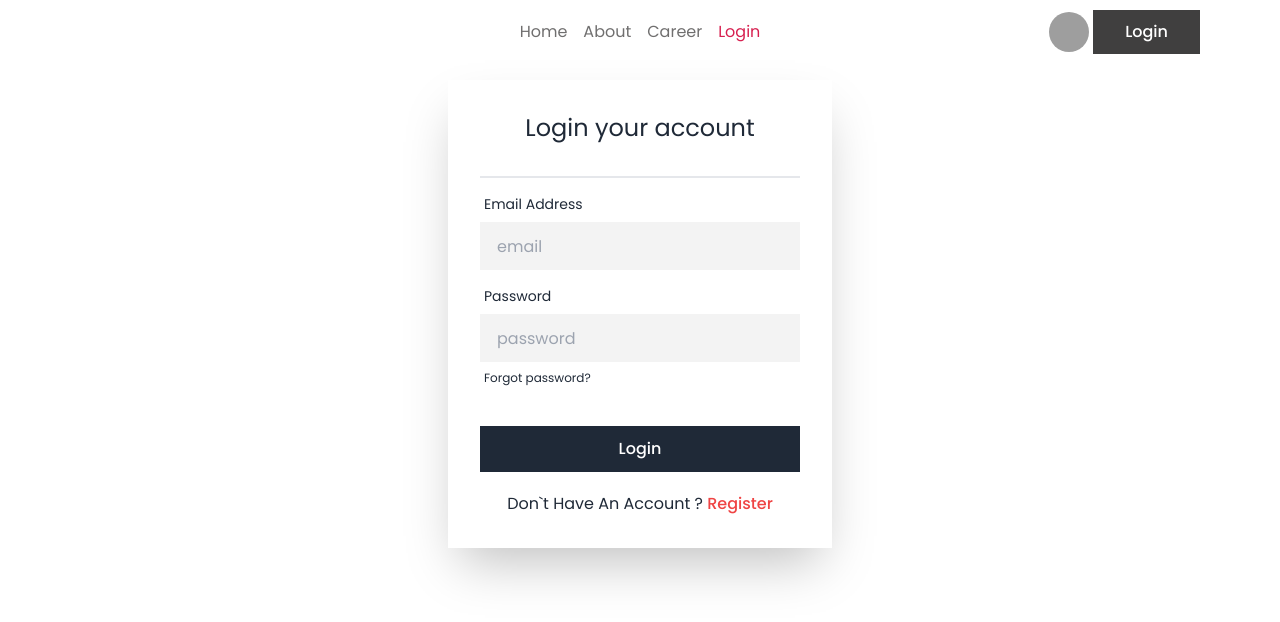
Repository: ShouravAhammed/react-dragon-news-auth
Page: /login
These files come from the project's save history. The page is drawn as it stood at one moment and after the next save; the edit follows.
The browser window is 1280 px wide. The pictures show the whole page.
Pictures or frames that could not be fetched are drawn as grey boxes. The project was rebuilt for these pictures with package versions that can differ from the ones it lists, and the page was loaded fresh each time. Also part of the build but not shown: vite.config.js, src/pages/BreakingNews/BreakingNews.jsx, src/pages/Shared/Header/Header.jsx, src/pages/Shared/LeftSideNav/LeftSideNav.jsx, src/Components/btnLogin/BtnLogin.jsx, src/pages/Shared/RIghtSideNav/RightSideNav.jsx, src/pages/Home/Home.jsx, src/pages/About/About.jsx and 2 more.

Above is the page before, as saved 2024-04-14 16:10:42.

### src/main.jsx
import React from 'react'
import ReactDOM from 'react-dom/client'
import './index.css'
import { RouterProvider } from 'react-router-dom'
import router from './Routes/Routes.jsx'
import AuthProvider from './provider/AuthProvider.jsx'

ReactDOM.createRoot(document.getElementById('root')).render(
  <React.StrictMode>
    <AuthProvider>
    <RouterProvider router={router}/>
    </AuthProvider>
  </React.StrictMode>,
)

### src/Routes/Routes.jsx
import Root from "../layout/Root";

import {
    createBrowserRouter,
  } from "react-router-dom";
import Home from "../pages/Home/Home";
import About from "../pages/About/About";
import Career from "../pages/Career/Career";
import Login from "../pages/Login/Login";
import Register from "../pages/Register/Register";

const router = createBrowserRouter([
    {
        path: '/',
        element: <Root></Root>,
        children: [
            {

                path: '/',
                element: <Home></Home>,
            },
            {

                path: '/about',
                element: <About></About>,
            },
            {

                path: '/career',
                element: <Career></Career>,
            },
            {

                path: '/login',
                element: <Login></Login>,
            },
            {

                path: '/register',
                element: <Register></Register>,
            },

        ]
    }
])

export default router;

### src/provider/AuthProvider.jsx
import { createUserWithEmailAndPassword, onAuthStateChanged, signInWithEmailAndPassword, signInWithPopup, signOut } from "firebase/auth";
import { createContext, useEffect, useState } from "react";
import auth from '../firebase/firebase.config'
import PropTypes from 'prop-types';

export const AuthContext = createContext(null);
const AuthProvider = ({children}) => {

    const [user, setUser] = useState(null)

    const createUser = (email, password) => {
        return createUserWithEmailAndPassword(auth, email, password)
    }
    const setTheUser = (email, password) => {
        return signInWithEmailAndPassword(auth, email, password)
    }

    const logOut = () => {
        signOut(auth);
    }

    const googleAuth = () => {
        signInWithPopup(auth)
    }

    useEffect(() => {
        const unSubscribe = onAuthStateChanged(auth, currentUser => {
            console.log('observed', currentUser)
            setUser(currentUser)
        })
        return () => {
            unSubscribe();
        }
    }, [])

    const authInfo = {
        user,
        createUser,
        setTheUser,
        googleAuth,
        logOut
    }
    return (
        <AuthContext.Provider value={authInfo}>
            {children}
        </AuthContext.Provider>
    );
};

AuthProvider.propTypes = {
    children: PropTypes.node
}

export default AuthProvider;

### src/layout/Root.jsx
import { Outlet } from "react-router-dom";


const Root = () => {
    return (
        <div className="max-w-6xl mx-auto font-poppins px-2">
            <Outlet></Outlet>
        </div>
    );
};

export default Root;

### src/pages/Login/Login.jsx
import { Link } from "react-router-dom";
import Navbar from "../Shared/Navbar/Navbar";


const Login = () => {

    const handleLogin = e => {
        e.preventDefault();
        const form = new FormData(e.currentTarget)
        const email = form.get('email')
        const password = form.get('password')
        console.log(email, password)

    }

    return (
        <div>
            <Navbar></Navbar>

            <div className="">
  <div className="hero-content">
    <div className="card rounded-none w-full max-w-sm shadow-2xl">

      <form className="card-body" onSubmit={handleLogin}>
        <h3 className="text-center pb-8 border-b-2 text-2xl">Login your account</h3>
        <div className="form-control">
          <label className="label">
            <span className="label-text">Email Address</span>
          </label>
          <input type="email" placeholder="email" name="email" className="input rounded-none bg-[#F3F3F3]" required/>
        </div>
        <div className="form-control">
          <label className="label">
            <span className="label-text">Password</span>
          </label>
          <input type="password" placeholder="password" name="password" className="input bg-[#F3F3F3] rounded-none" required />
          <label className="label">
            <a href="#" className="label-text-alt link link-hover">Forgot password?</a>
          </label>
        </div>
        <div className="form-control mt-6">
        <button
        className="w-full px-8 py-2.5 relative group overflow-hidden font-medium bg-gray-800 text-white inline-block border-gray-800 border"
      >
        <span className="absolute top-0 left-0 flex w-full h-0 mb-0 transition-all duration-200 ease-out transform translate-y-0 bg-white group-hover:h-full"></span>
        <span className="relative group-hover:text-gray-800">Login</span>
      </button>
        </div>
        <p className="text-center mt-3"> Don`t Have An Account ? <Link className="font-medium text-red-500" to={'/register'}>Register</Link></p>
      </form>

    </div>
  </div>
</div>

        </div>
    );
};

export default Login;

### src/firebase/firebase.config.js
// Import the functions you need from the SDKs you need
import { initializeApp } from "firebase/app";
import { getAuth } from "firebase/auth";
// TODO: Add SDKs for Firebase products that you want to use
// https://firebase.google.com/docs/web/setup#available-libraries

// Your web app's Firebase configuration
const firebaseConfig = {
  apiKey: "AIzaSyB2sZCLjQRGsRTNcgy9DHd30qjOz-58N4g",
  authDomain: "react-dragon-news-auth-d3831.firebaseapp.com",
  projectId: "react-dragon-news-auth-d3831",
  storageBucket: "react-dragon-news-auth-d3831.appspot.com",
  messagingSenderId: "908957067922",
  appId: "1:908957067922:web:ade17b6071af8e9995144b"
};

// Initialize Firebase
const app = initializeApp(firebaseConfig);

const auth = getAuth(app);
export default auth;

### src/pages/Shared/Navbar/Navbar.jsx
import { NavLink } from "react-router-dom";
import DefaultUser from '../../../assets/user.png'
import { useContext } from "react";
import { AuthContext } from "../../../provider/AuthProvider";

const Navbar = () => {
    const {user} = useContext(AuthContext)

    const navLinks =
    <>
        <li><NavLink to={'/'} className={({isActive}) => isActive ? 'text-[#D72050]' : 'text-[#706F6F]'}>Home</NavLink></li>
        <li><NavLink to={'/about'} className={({isActive}) => isActive ? 'text-[#D72050]' : 'text-[#706F6F]'}>About</NavLink></li>
        <li><NavLink to={'/career'} className={({isActive}) => isActive ? 'text-[#D72050]' : 'text-[#706F6F]'}>Career</NavLink></li>
        <li><NavLink to={'/login'} className={({isActive}) => isActive ? 'text-[#D72050]' : 'text-[#706F6F]'}>Login</NavLink></li>
    </>

    return (
        <div>
            <div className="navbar">
  <div className="navbar-start">
    <div className="dropdown">
      <div tabIndex={0} role="button" className="btn btn-ghost lg:hidden">
        <svg xmlns="http://www.w3.org/2000/svg" className="h-5 w-5" fill="none" viewBox="0 0 24 24" stroke="currentColor"><path strokeLinecap="round" strokeLinejoin="round" strokeWidth="2" d="M4 6h16M4 12h8m-8 6h16" /></svg>
      </div>
      <ul tabIndex={0} className=" menu-sm dropdown-content mt-3 z-[1] p-2 shadow bg-base-100 rounded-box w-52 text-[#706F6F] font-normal text-[18px]">
        {navLinks}
      </ul>
    </div>
  </div>
  <div className="navbar-center hidden lg:flex">
    <ul className="flex justify-center items-center gap-4 menu-horizontal px-1">
      {navLinks}
    </ul>
  </div>
  <div className="navbar-end">
  <div tabIndex={0} role="button" className="btn btn-ghost btn-circle avatar">
        <div className="w-10 rounded-full">
          <img alt="Tailwind CSS Navbar component" src={DefaultUser} />
        </div>
      </div>

  <button
        className="px-8 py-2.5 relative group overflow-hidden font-medium bg-[#403F3F] text-white inline-block"
      >
        <span className="absolute top-0 left-0 flex w-full h-0 mb-0 transition-all duration-200 ease-out transform translate-y-0 bg-gray-50 group-hover:h-full"></span>
        <span className="relative group-hover:text-[#403F3F]">Login</span>
      </button>
  </div>
</div>
        </div>
    );
};

export default Navbar;

### tailwind.config.js
/** @type {import('tailwindcss').Config} */
export default {
  content: [
    "./index.html",
    "./src/**/*.{js,ts,jsx,tsx}",
  ],
  theme: {
    extend: {
      fontFamily: {
        poppins: '"Poppins", sans-serif;', // Adds a new `font-display` class
      }
    }
  },
  plugins: [require("daisyui")],
}

Loaded but not shown: index.html (common file); src/index.css (common file)

After the next save:
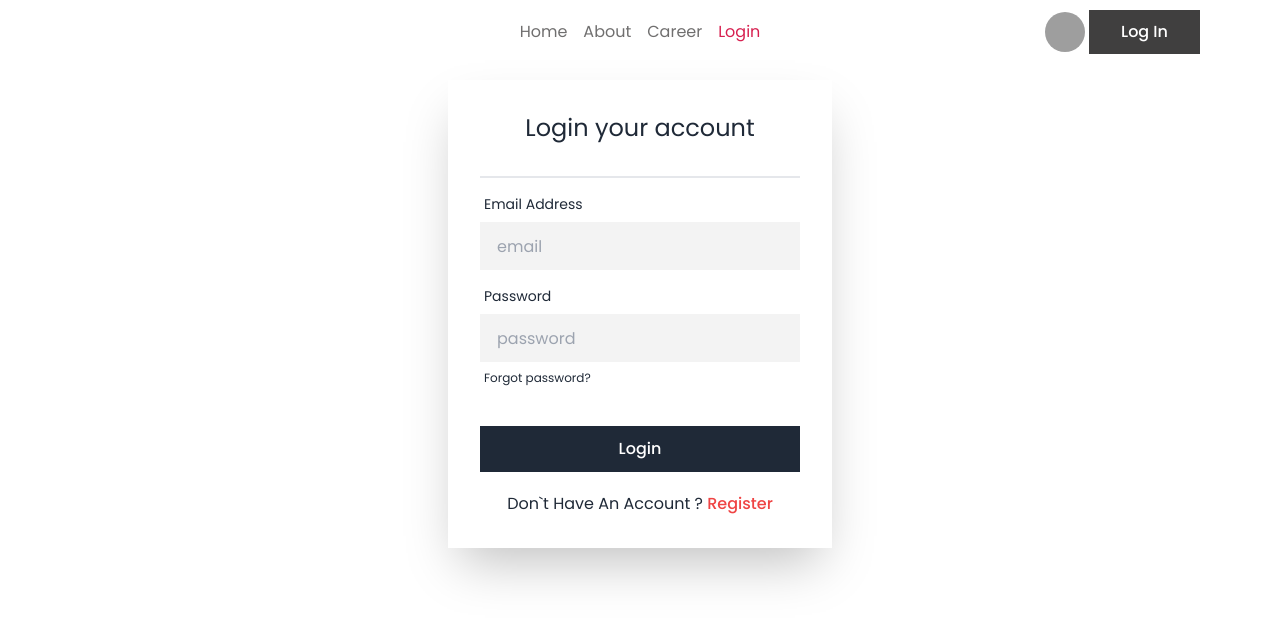
Saved 113 s later.
--- a/src/pages/Shared/Navbar/Navbar.jsx
+++ b/src/pages/Shared/Navbar/Navbar.jsx
@@ -1,4 +1,4 @@
-import { NavLink } from "react-router-dom";
+import { Link, NavLink } from "react-router-dom";
 import DefaultUser from '../../../assets/user.png'
 import { useContext } from "react";
 import { AuthContext } from "../../../provider/AuthProvider";
@@ -39,12 +39,24 @@ const Navbar = () => {
         </div>
       </div>
 
+      {
+        user ? <button
+        className="px-8 py-2.5 relative group overflow-hidden font-medium bg-[#403F3F] text-white inline-block"
+      >
+        <span className="absolute top-0 left-0 flex w-full h-0 mb-0 transition-all duration-200 ease-out transform translate-y-0 bg-gray-50 group-hover:h-full"></span>
+        <span className="relative group-hover:text-[#403F3F]">Sign Out</span>
+      </button>
+      :
+      <Link to={'/login'}>
   <button
         className="px-8 py-2.5 relative group overflow-hidden font-medium bg-[#403F3F] text-white inline-block"
       >
         <span className="absolute top-0 left-0 flex w-full h-0 mb-0 transition-all duration-200 ease-out transform translate-y-0 bg-gray-50 group-hover:h-full"></span>
-        <span className="relative group-hover:text-[#403F3F]">Login</span>
+        <span className="relative group-hover:text-[#403F3F]">Log In</span>
       </button>
+  </Link>
+      }
+
   </div>
 </div>
         </div>
